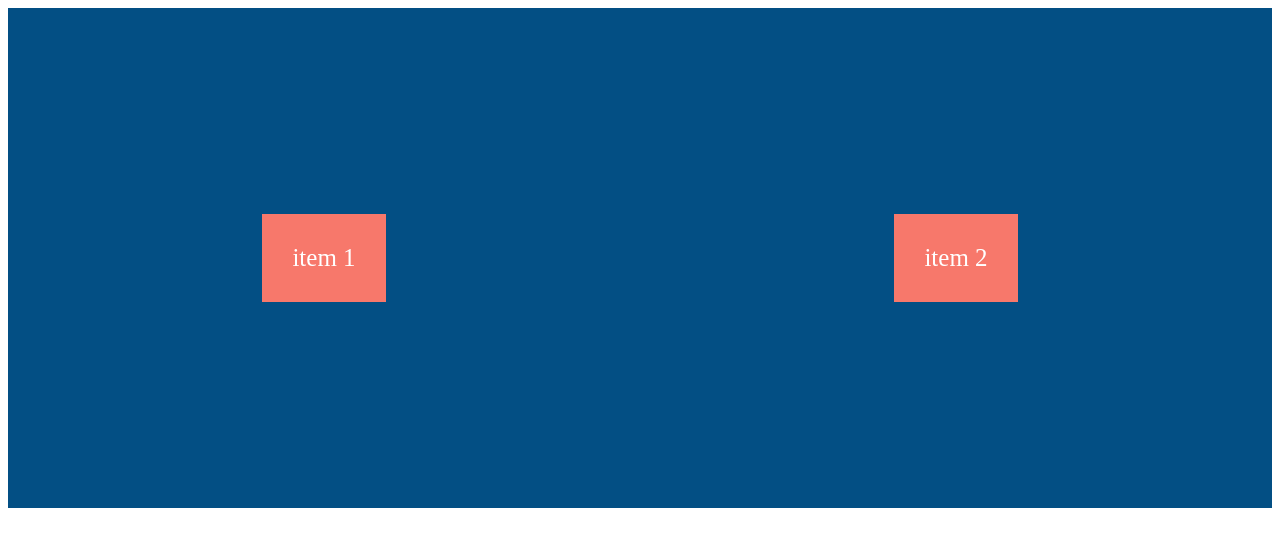
Repository: mehmetbuber38/flex
Page: flex-margin.html
These files come from the project's save history. The page is drawn as it stood at one moment and after the next save; the edit follows.
The browser window is 1280 px wide. The pictures show the whole page.

Above is the page before, as saved 2022-01-31 21:35:53.

### flex-margin.html
<!DOCTYPE html>
<html lang="en">

<head>
    <meta charset="UTF-8">
    <meta http-equiv="X-UA-Compatible" content="IE=edge">
    <meta name="viewport" content="width=device-width, initial-scale=1.0">
    <title>Flex Container</title>
</head>
<style>
    .container {
        display: flex;

        height: 500px;
        background-color: #034f84;
        /* align-items: center;
        justify-content: center; */


    }

    .item {
        background-color: #f7786b;
        padding: 30px;
        margin: 20px;
        color: #fff;
        font-size: 25px;
        /* margin: auto; */
        /* margin-top: auto; */
        /* margin-bottom: auto; */
        /* margin-right: auto; */
        /* margin-left: auto;
        margin-top: auto; */
    }

    .item-1 {
        margin: auto;

    }

    .item-2 {
        margin: auto;
    }
</style>

<body>
    <div class="container">
        <div class="item item-1">item 1</div>
        <div class="item item-2">item 2</div>


    </div>

</body>

</html>

After the next save:
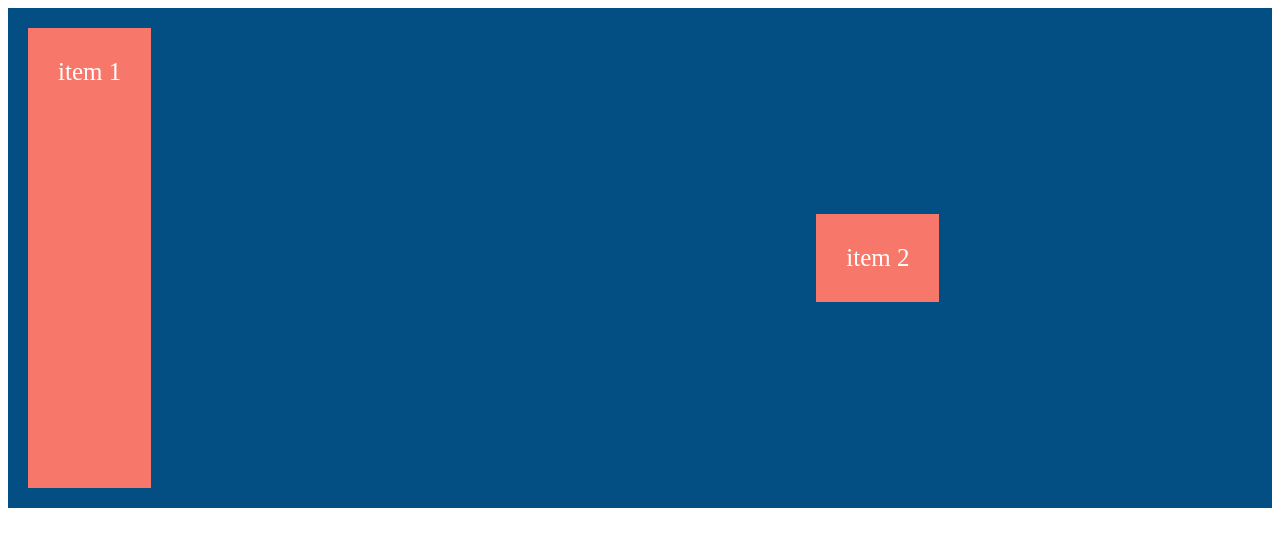
Saved 37 s later.
--- a/flex-margin.html
+++ b/flex-margin.html
@@ -34,7 +34,7 @@
     }
 
     .item-1 {
-        margin: auto;
+        margin-right: auto;
 
     }
 
